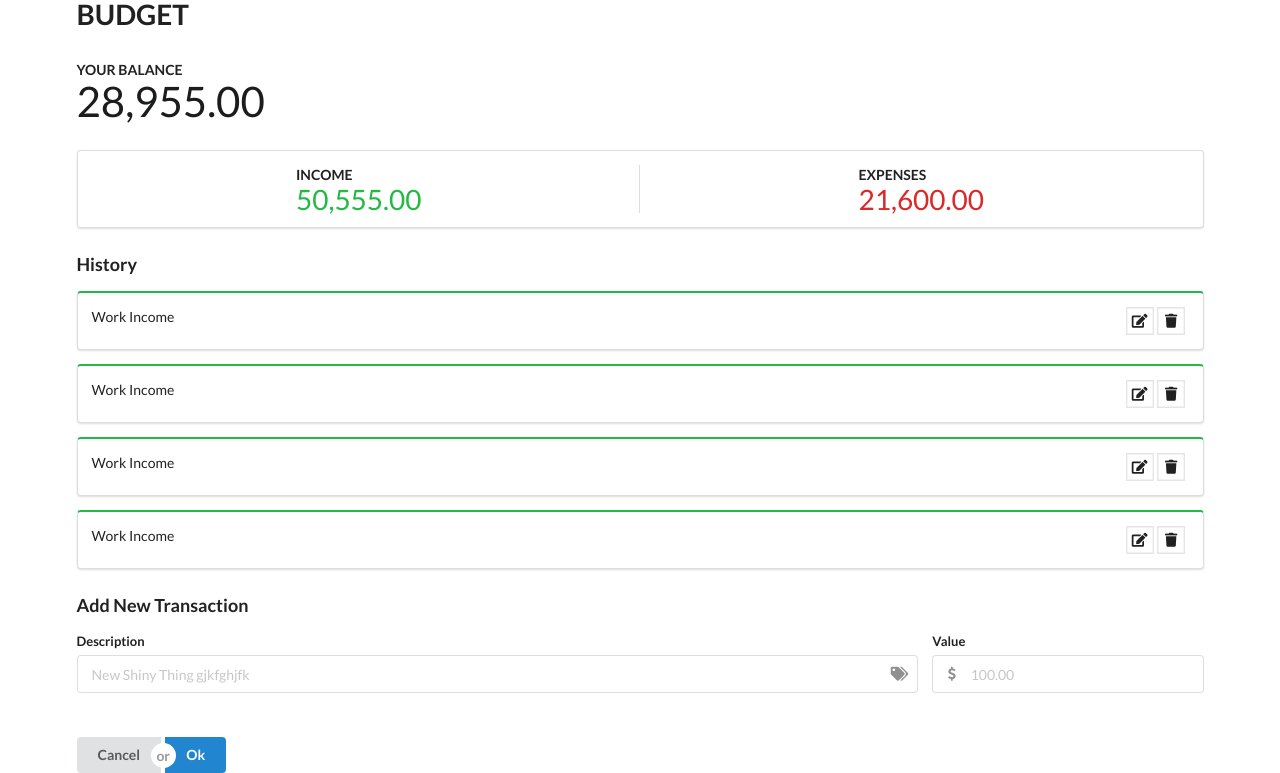
Repository: farrdy/budgets-react
Page: /
These files come from the project's save history. The page is drawn as it stood at one moment and after the next save; the edit follows.
The browser window is 1280 px wide. The pictures show the whole page.
The project was rebuilt for these pictures with package versions that can differ from the ones it lists, and the page was loaded fresh each time.

Above is the page before, as saved 2022-03-19 07:56:14.

After the next save:
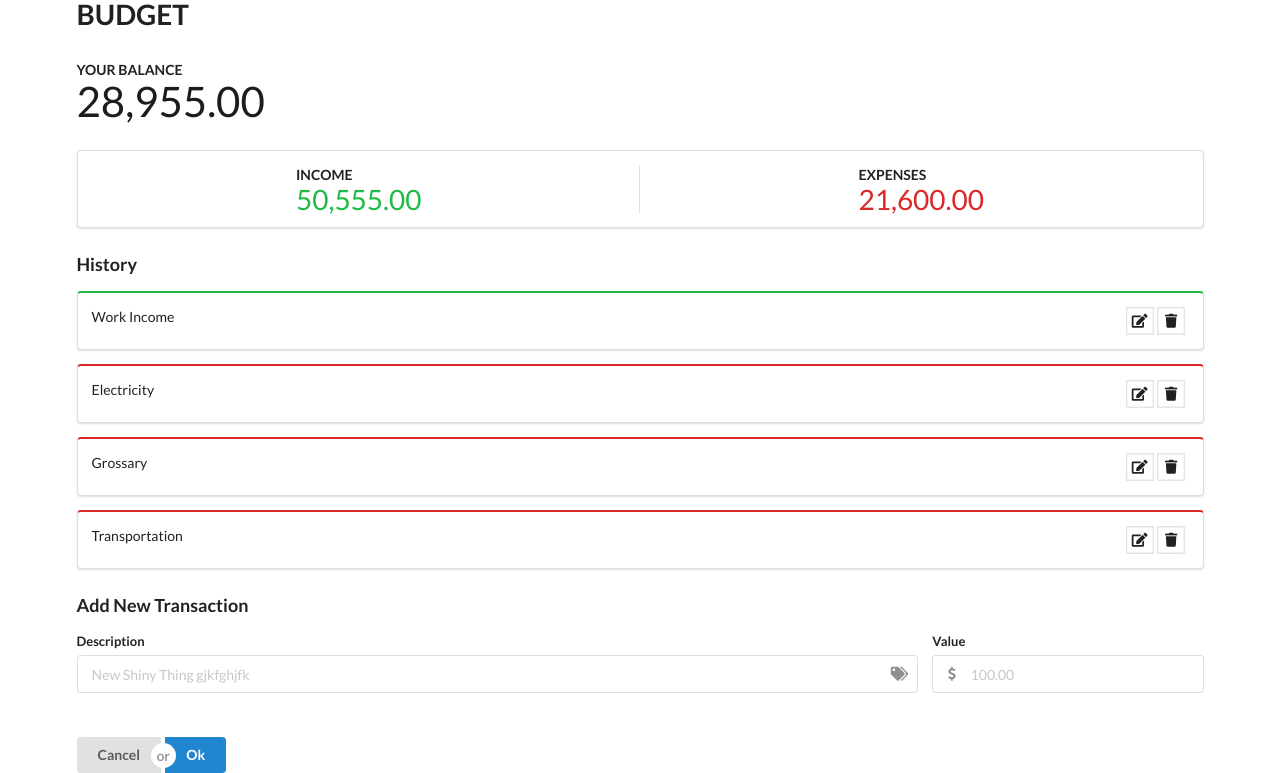
Saved 81 s later.
--- a/src/App.js
+++ b/src/App.js
@@ -16,7 +16,12 @@ function App() {
       <DisplayBalances/>
       <Header as='h3'>History</Header>
 
-      {entries.map((entry)=><EntryLine Description={entries[0].Description} Value={entries[0].value} isExpense={entries[0].isExpense}/>)}
+      {entries.map((entry)=>
+      <EntryLine
+      Description={entry.Description}
+       Value={entry.value}
+       isExpense={entry.isExpense}/>
+      )}
 
 
       <Header as='h3'>
